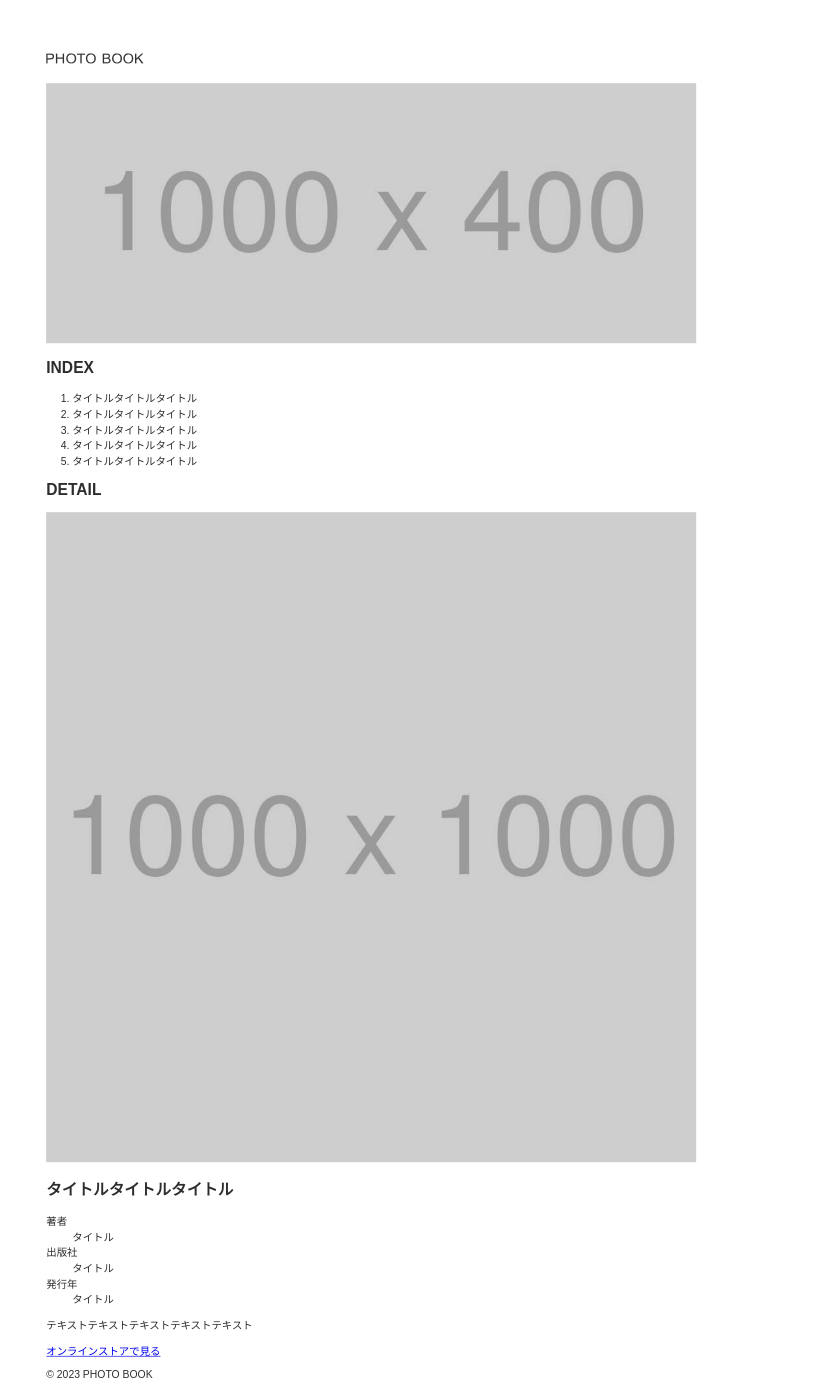
Repository: Fuki-san/photo-book-1
Page: http://localhost/photo
These files come from the project's save history. The page is drawn as it stood at one moment and after the next save; the edit follows.
The browser window is 1280 px wide. The pictures show the whole page, at 65% of full size.
The page is served by the project's Laravel application, run on PHP 8.4 with Laravel 10.

Above is the page before, as saved 2023-11-26 15:53:23.

After the next save:
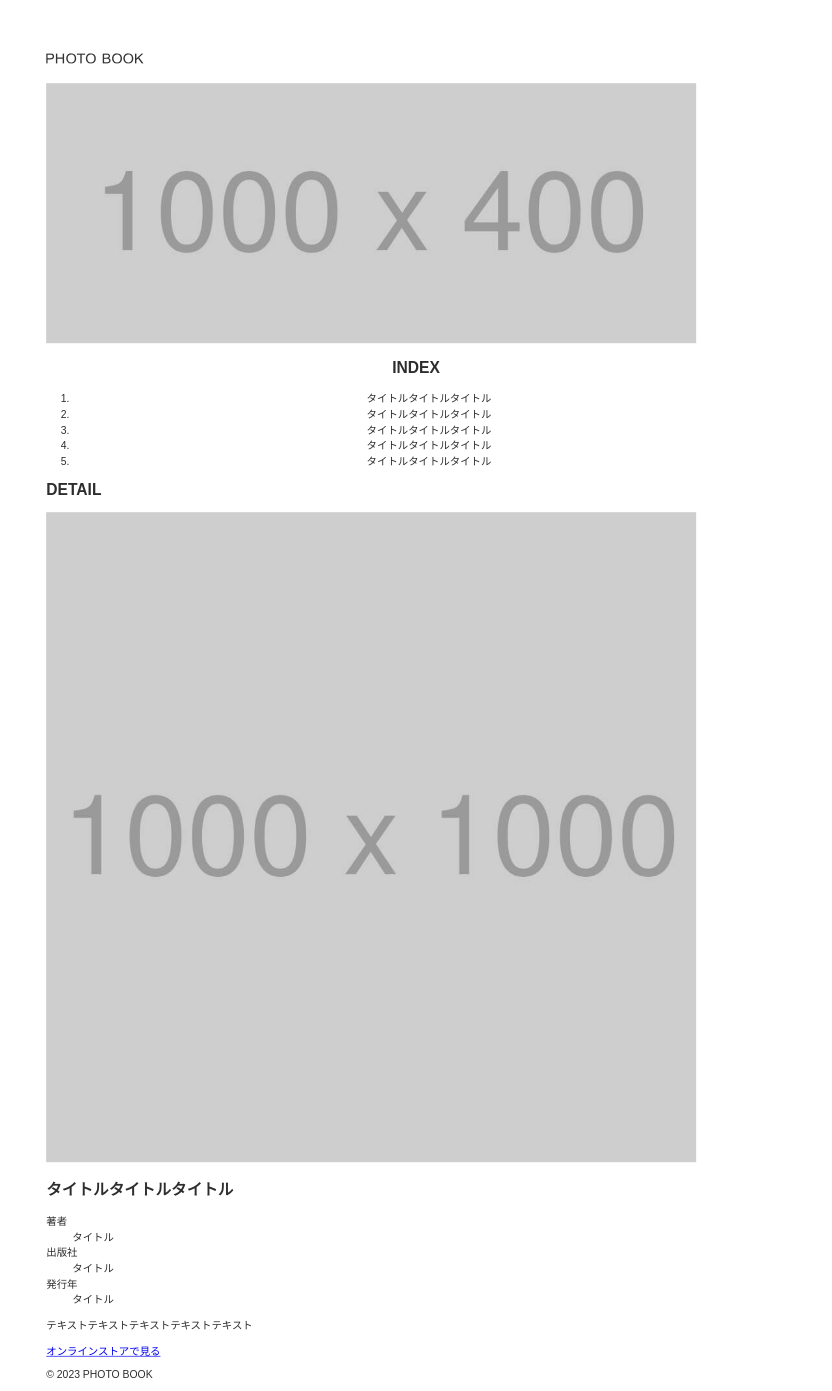
Saved 12 s later.
--- a/public/css/style.css
+++ b/public/css/style.css
@@ -29,6 +29,6 @@
     vertical-align: bottom;
 }
 
-.index{
+#index{
     text-align: center;
 }

After the 5 saves that followed:
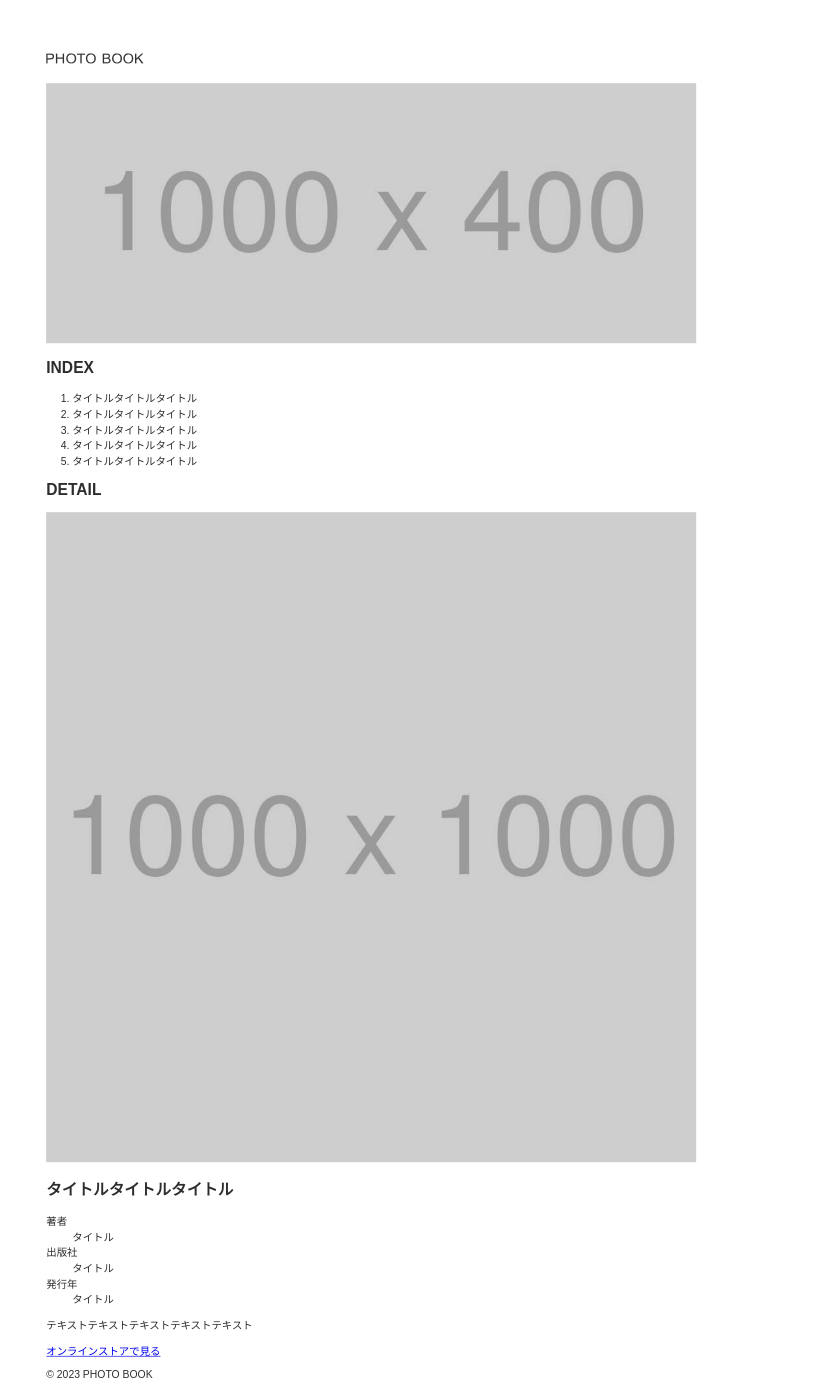
The 5 saves are shown as one change because 3 left the picture as it was and some came seconds apart.
The last was saved 102 s later.
--- a/public/css/style.css
+++ b/public/css/style.css
@@ -30,5 +30,8 @@
 }
 
 #index{
-    text-align: center;
+    margin: 0 auto;
 }
+#index ul{
+    display: inline;
+}
